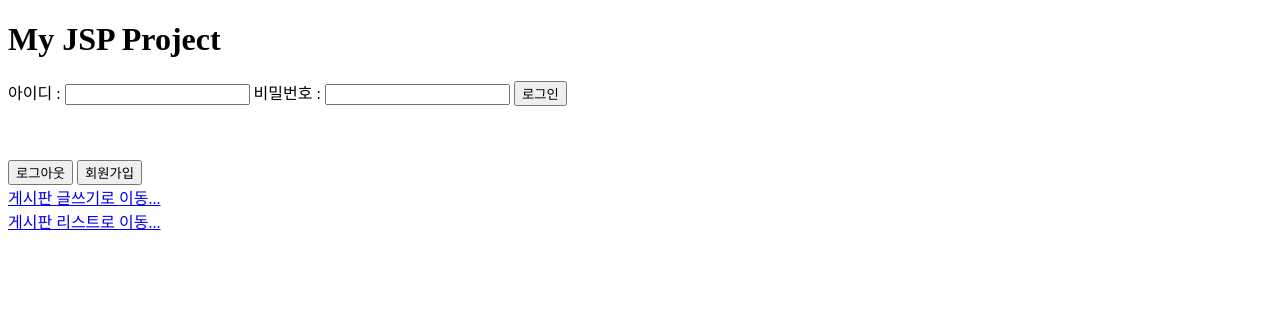
Repository: Leesunghoon1/pjthome
Page: http://localhost/jsp_pjt/
The author's editor kept a copy of each file at every save. The page is drawn from the files as they stood at one save, then again after the next save.
The browser window is 1280 px wide. The pictures show the whole page.
The page is served by Tomcat 9. Other server files are loaded and not shown. The template is opened directly, without the code that normally fills it, so the values that code supplies are empty.

Above is the page before, as saved 2023-09-22 08:43:02.

### jsp_pjt-main/jsp_pjt/src/main/webapp/index.jsp
<%@ page language="java" contentType="text/html; charset=UTF-8"
    pageEncoding="UTF-8"%>
    <!-- 토글  -->
    	<%@ taglib uri="http://java.sun.com/jsp/jstl/core" prefix="c" %>
<!DOCTYPE html>
<html>
<head>
<meta charset="UTF-8">
<title>Insert title here</title>
</head>
<body>
<h1>My JSP Project</h1>
<c:if test="${ses.id eq null }">
	<form action="/mem/login" method="post">
	아이디 : <input type="text" name="id">
	비밀번호 : <input type="text" name="pwd">
	<button type="submit">로그인</button>
	</form>
	</c:if>
	<br>
	<br>
	<br>
	<c:if test="${ses.id ne null }"> <!-- 널이 아니면 (ne), 널이 맞으면 (eq)  -->
	${ses.id } 로그인 하였습니다.<br>
	계정생성일 : ${ses.regdate }<br>
	마지막접속 : ${ses.lastlogin }<br>
	<a href="/board/register.jsp"><button>게시판 글쓰기로 이동</button></a>
	</c:if>
	<a href="/mem/logout"><button>로그아웃</button></a>


	<a href="/mem/join"><button>회원가입</button></a>
	<br>
	<a href="/brd/register">게시판 글쓰기로 이동...</a>
	<br>
	<a href="/brd/list">게시판 리스트로 이동...</a>


</body>
</html>

After the next save:
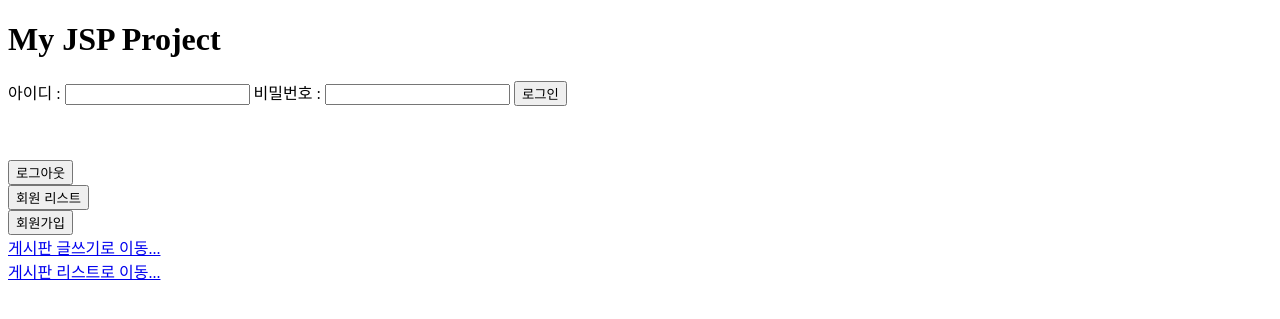
Saved 74 s later.
--- a/jsp_pjt-main/jsp_pjt/src/main/webapp/index.jsp
+++ b/jsp_pjt-main/jsp_pjt/src/main/webapp/index.jsp
@@ -27,8 +27,9 @@
 	<a href="/board/register.jsp"><button>게시판 글쓰기로 이동</button></a>
 	</c:if>
 	<a href="/mem/logout"><button>로그아웃</button></a>
-
-
+	<br>
+	<a href="/mem/list"><button>회원 리스트</button></a>
+	<br>
 	<a href="/mem/join"><button>회원가입</button></a>
 	<br>
 	<a href="/brd/register">게시판 글쓰기로 이동...</a>
